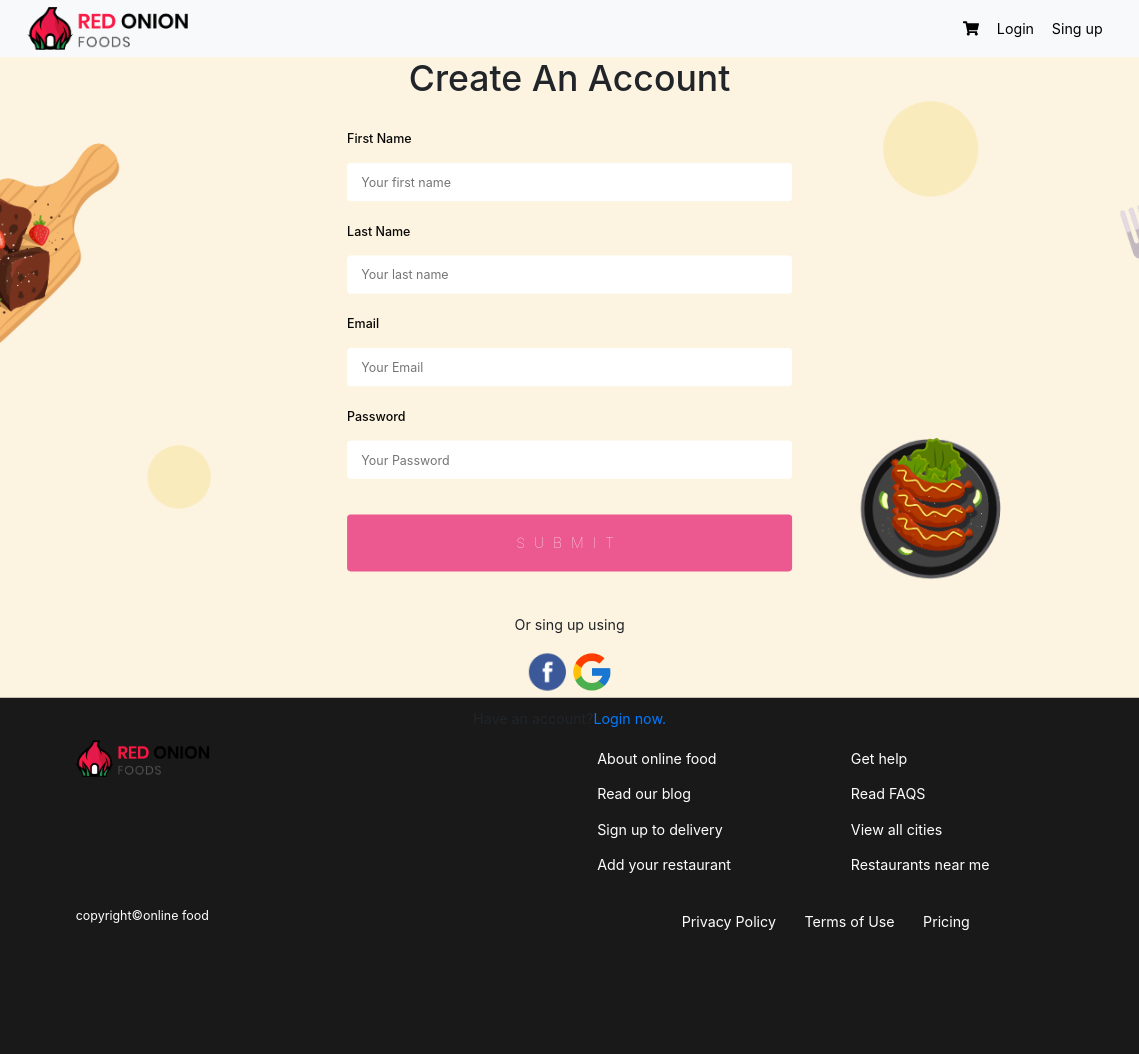
Repository: arif286/red-onion-client
Page: /
An editor plug-in stored every save of this project. The page is shown before and after the next save, followed by the edit.
The browser window is 1280 px wide. The pictures show the whole page, at 89% of full size.
The project was rebuilt for these pictures with package versions that can differ from the ones it lists, and the page was loaded fresh each time. Also part of the build but not shown: src/App.css, src/components/Cart/Cart.js, src/components/SearchBar/SearchBar.css, src/components/SearchBar/SearchBar.js, src/components/FoodDetails/FoodDetail.css, src/components/FoodDetails/FoodDetail.js, src/components/DeliveryFood/DeliveryFood.js, src/components/Food/Food.css and 4 more.

Above is the page before, as saved 2021-03-26 01:50:35.

After the next save:
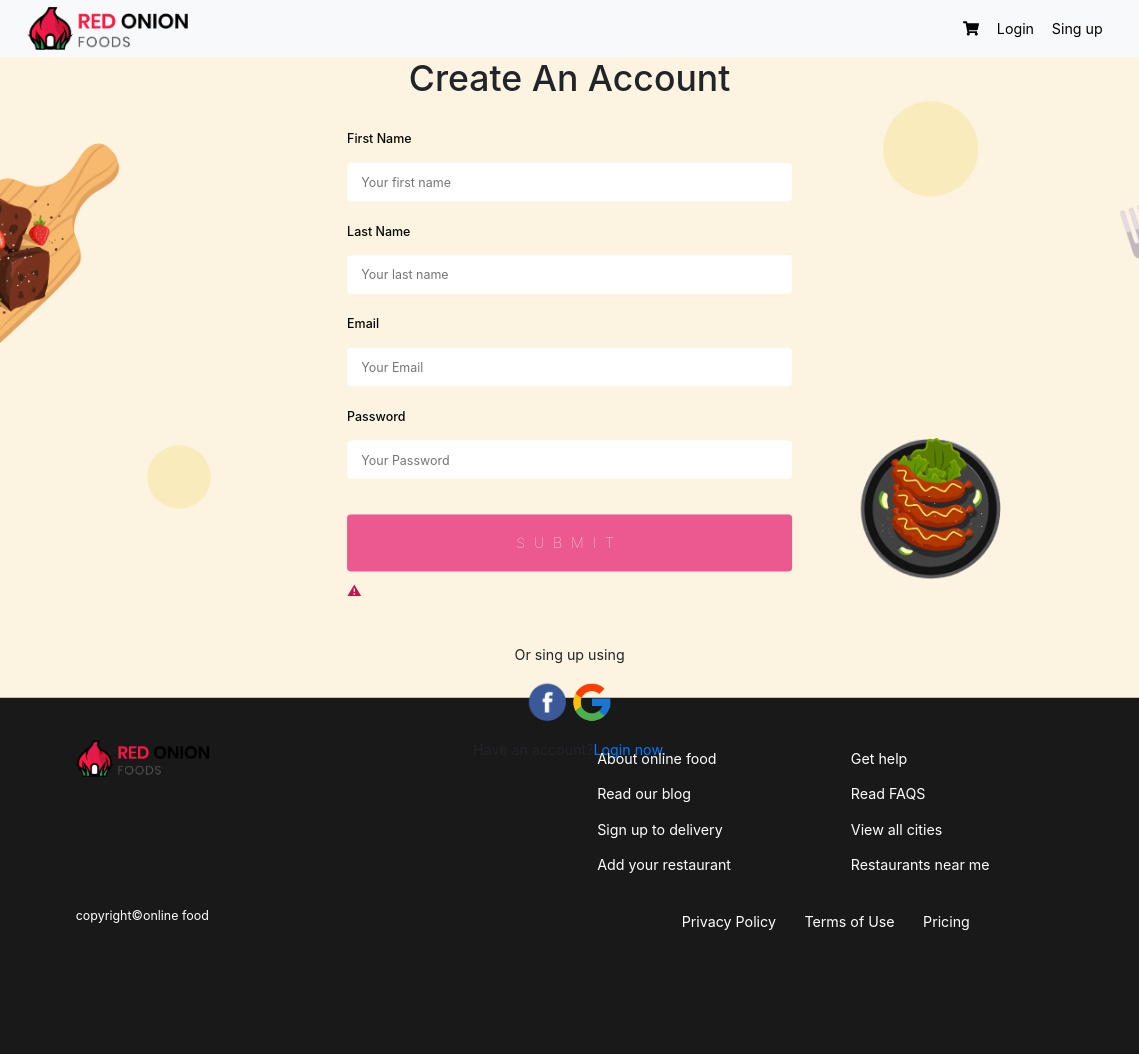
Saved 12 h 26 min later.
--- a/src/components/SingUp/SingUp.js
+++ b/src/components/SingUp/SingUp.js
@@ -95,8 +95,8 @@ const SingUp = () => {
           )}
 
           <input type="submit" />
-          {loggedInUser.error && (
-            <p>The email address is already in use by another account</p>
+          {!loggedInUser.success && (
+            <p>{loggedInUser.error}</p>
           )}
         </form>
         <div>
